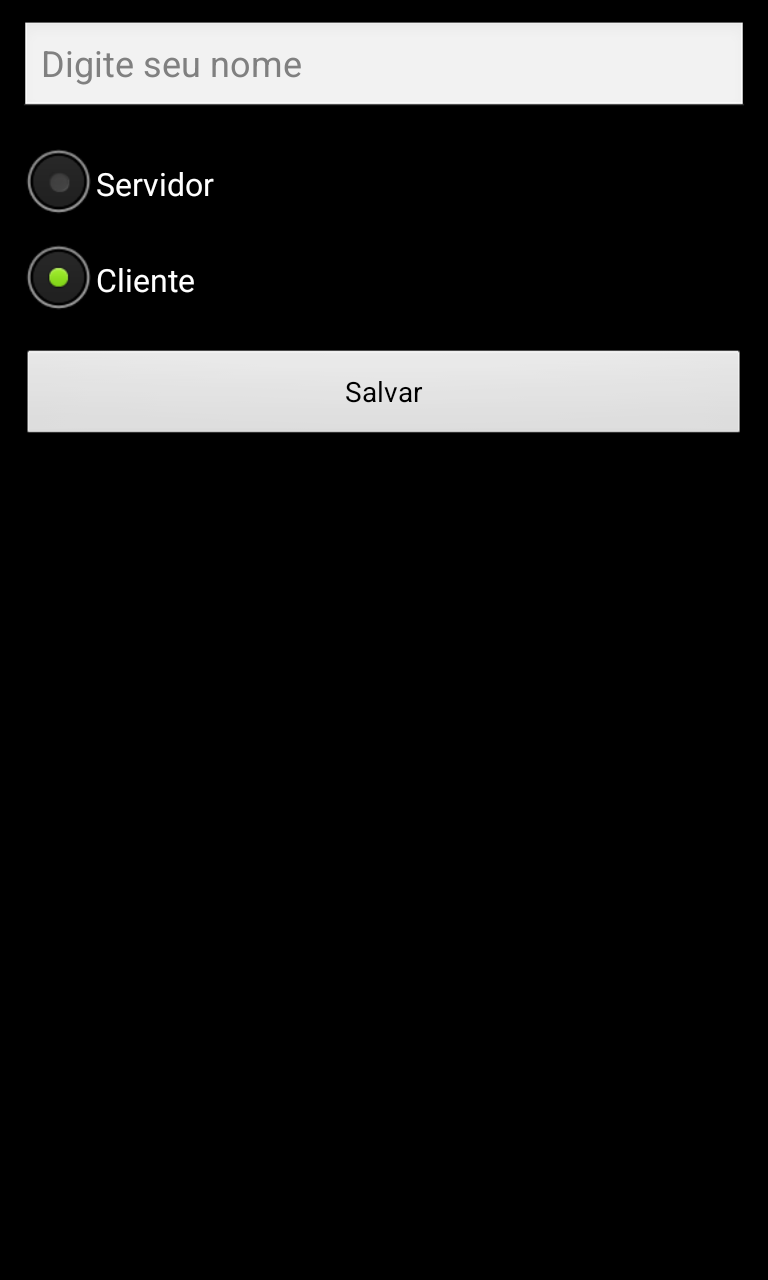
Repository: JoelmirMoura/AppMensagem
Layout: Mensagem/res/layout/config.xml
These files come from the project's save history. The layout is drawn as it stood at one moment and after the next save; the edit follows.
It is drawn on a 768 x 1280 px phone screen (xhdpi) without system bars, with theme android:Theme; the app's code is not run.

Above is the layout before, as saved 2026-04-27 19:21:03.

After the next save:
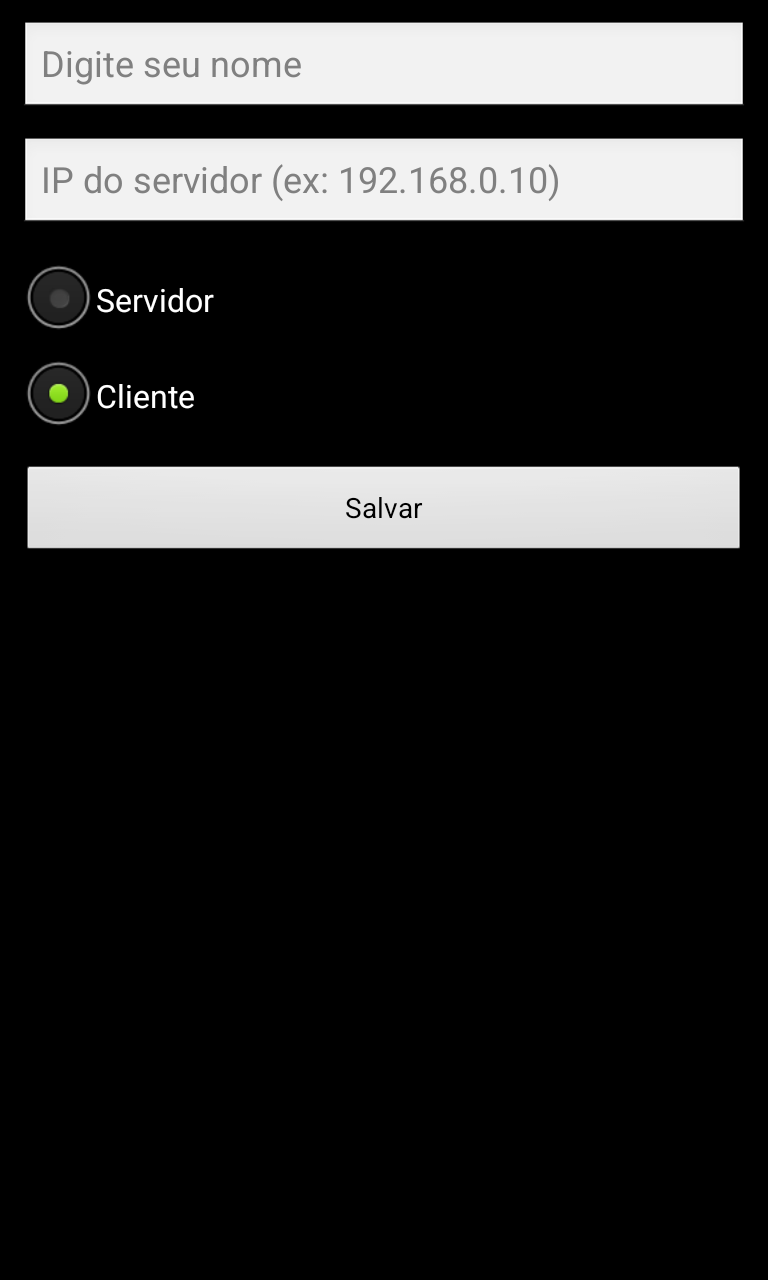
Saved 18 min 7 s later.
--- a/Mensagem/res/layout/config.xml
+++ b/Mensagem/res/layout/config.xml
@@ -10,6 +10,15 @@
         android:layout_height="wrap_content"
         android:hint="Digite seu nome"
         android:inputType="textPersonName" />
+
+    <!-- IP DO SERVIDOR -->
+    <EditText
+        android:id="@+id/editIp"
+        android:layout_width="fill_parent"
+        android:layout_height="wrap_content"
+        android:hint="IP do servidor (ex: 192.168.0.10)"
+        android:inputType="text"
+        android:layout_marginTop="10dp" />
 
     <RadioGroup
         android:id="@+id/radioModo"
